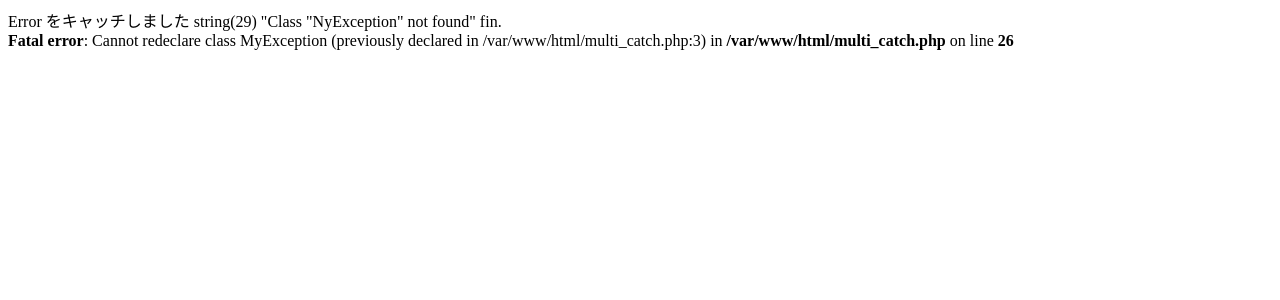
Repository: NishidaShiko/kadai
Page: http://localhost/multi_catch.php
The author's editor kept a record of every edit. The page is drawn from the files as they stood at one moment, then again after the next edit.
The browser window is 1280 px wide. The pictures show the whole page.
The page is run by PHP 8.4 with error messages shown; the project is at /var/www/html/.

Above is the page before.

After the next edit:
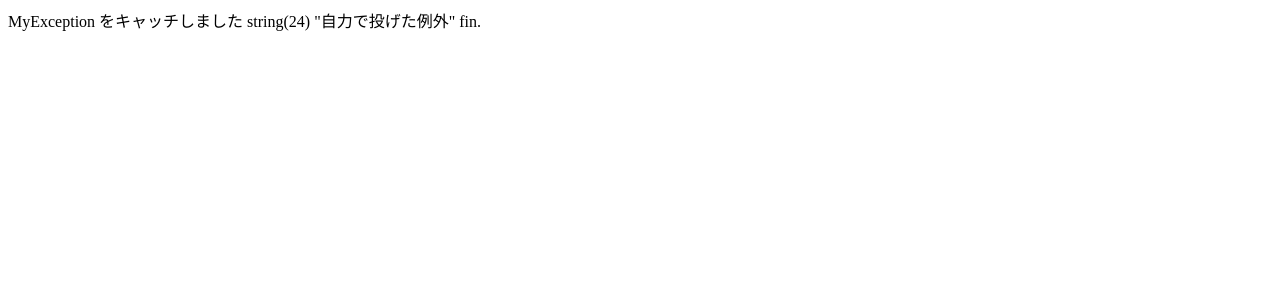
The edit:
--- a/multi_catch.php
+++ b/multi_catch.php
@@ -4,25 +4,22 @@
 {
 }
 
+//
 try {
-    throw new \NyException("自力で投げた例外");
+    // 例外を発生させる（例外を投げる）
+    throw new \MyException("自力で投げた例外");
     throw new TypeError("自力で投げた type error");
     throw new Exception("自力で投げた Exception");
 
 } catch(MyException $e) {
     echo "MyException をキャッチしました \n";
     var_dump($e->getMessage());
-} catch(\Error $e){
+} catch(\Error $e) {
     echo "Error をキャッチしました \n";
     var_dump($e->getMessage());
-}catch(\Throwable $e){
+} catch(\Throwable $e) {
     echo "Throwable をキャッチしました \n";
     var_dump($e->getMessage());
 }
-
+//
 echo "fin. \n";
-
-
-class MyException extends Exception
-{
-}
